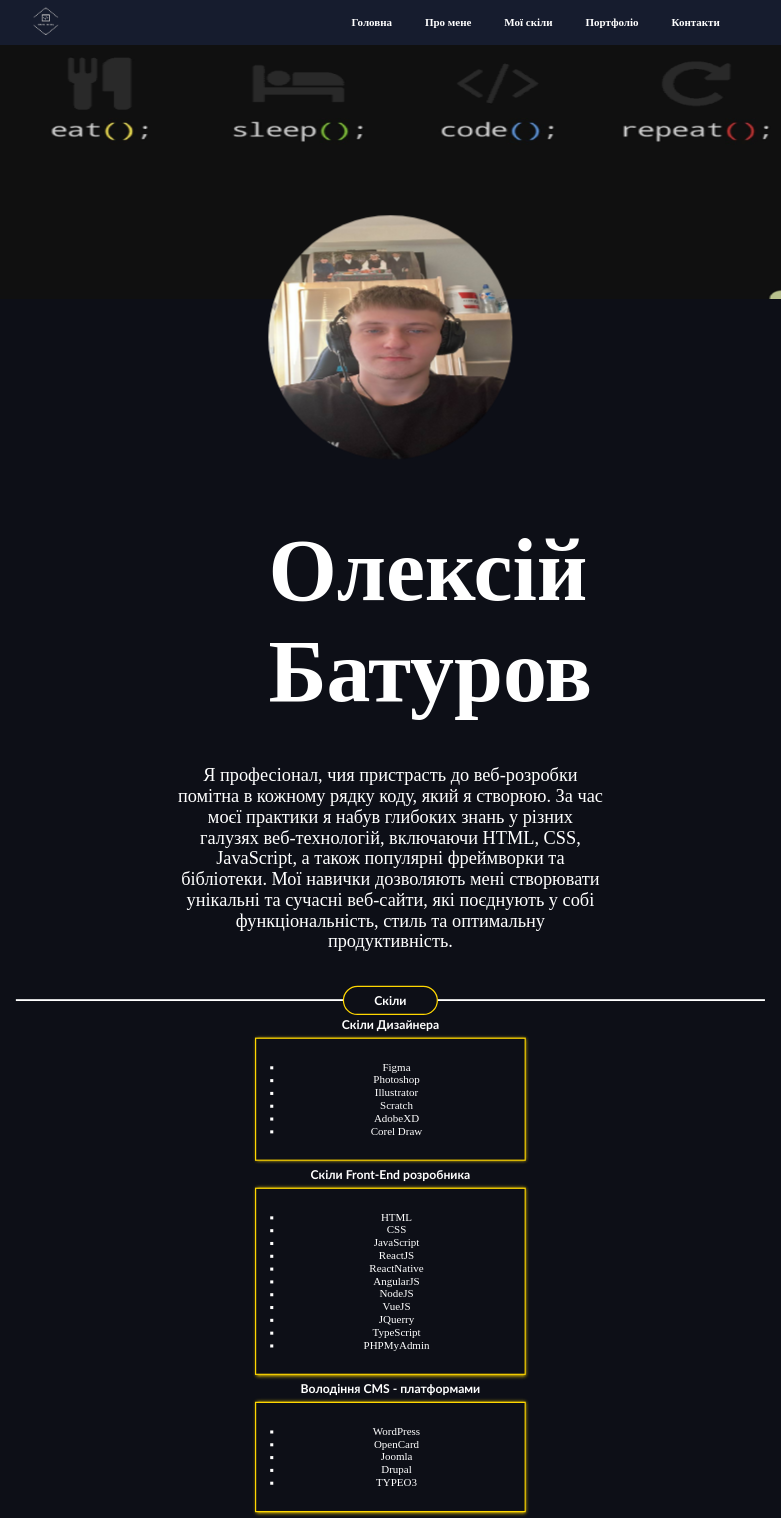
Repository: qtqqrdy13/cv-2
Page: index.html
These files come from the project's save history. The page is drawn as it stood at one moment and after the next save; the edit follows.
The browser window is 1280 px wide. The pictures show the whole page, at 61% of full size.

Above is the page before, as saved 2023-10-04 22:06:46.

### index.html
<!DOCTYPE html>
<html lang="en">
<head>
    <link rel="stylesheet" href="main.css">
    <meta charset="UTF-8">
    <meta name="viewport" content="width=device-width, initial-scale=1.0">
    <title>Батуров Олексій</title>
</head>
<body>
    <header>
        <div class="logo">
            <img src="../My-CV Леша/image/media/logo.png" alt="logo">
        </div>
        <nav>
            <ul>
                <li><a href="">Головна</a></li>
                <li><a href="">Про мене</a></li>
                <li><a href="">Мої скіли</a></li>
                <li><a href="">Портфоліо</a></li>
                <li><a href="">Контакти</a></li>
            </ul>
        </nav>
    </header>

    <div class="container-top">
        <div class="img-container">
          <img class="img-1" src="../cv 2/image/code.gif" alt="">
          <img class="img-2" src="../cv 2/image/photo_2023-09-09_18-51-06.jpg" alt="">
      </div>
      <div class="container-text">
        <div class="text-block">
            <h1>Олексій Батуров</h1>
        </div>
    </div>
    </div>
    <div class="description">
        <p>Я професіонал, чия пристрасть до веб-розробки
            помітна в кожному рядку коду, який я створюю.
            За час моєї практики я набув глибоких знань у
            різних галузях веб-технологій, включаючи HTML,
            CSS, JavaScript, а також популярні фреймворки
            та бібліотеки. Мої навички дозволяють мені
            створювати унікальні та сучасні веб-сайти,
            які поєднують у собі функціональність, стиль
            та оптимальну продуктивність.  </p>
    </div>

    <div id="about_us">
        <div class="announcement">
            <h2 class="title">
                Скіли
            </h2>
        </div>
    </div>
    <div class="container">
    <h2>Скіли Дизайнера</h2>
   <div class="block">

    <div class="content">
        <ul>
            <li>Figma</li>
            <li>Photoshop</li>
            <li>Illustrator</li>
            <li>Scratch</li>
            <li>AdobeXD</li>
            <li>Corel Draw</li>
        </ul>
    </div>
   </div>
   <h2>Скіли Front-End розробника</h2>
   <div class="block">

    <div class="content">
        <ul>
            <li>HTML</li>
            <li>CSS</li>
            <li>JavaScript</li>
            <li>ReactJS</li>
            <li>ReactNative</li>
            <li>AngularJS</li>
            <li>NodeJS</li>
            <li>VueJS</li>
            <li>JQuerry</li>
            <li>TypeScript</li>
            <li>PHPMyAdmin</li>
        </ul>
    </div>
   </div>
   <h2>Володіння CMS - платформами</h2>
   <div class="block">

    <div class="content">
        <ul>
            <li>WordPress</li>
            <li>OpenCard</li>
            <li>Joomla</li>
            <li>Drupal</li>
            <li>TYPEO3</li>
        </ul>
    </div>
   </div>
</div>
</body>
</html>

### main.css
body {
    background-color: #0d0f17;
    margin: 0;
    padding: 0;

}

header {
    background-color: #161C2E;
    color: white;
    padding: 10px 0px;
    position: fixed;
    top: 0;
    width: 100%;
    display: flex;
    justify-content: space-between;
    align-items: center;
    z-index: 1000;
}

.logo img {
    height: 50px;
    margin-left: 50px;
}

nav ul {
    list-style: none;
    margin-right: 50px;
}

nav li {
    display: inline;
    margin-right: 50px;
}

nav a {
    text-decoration: none;
    color: white;
    font-weight: bold;
    font-size: 18px;
}

nav a:hover {
    color: gold;
    font-size: 24px;
    box-shadow: 0 0 10px gold;


}

.container-top {
    display: flex;
    flex-direction: column;
    align-items: center;
    width: 100%;
    overflow: visible;
    position: relative;
}

.img-container {
    width: 100%;
    max-width: 100vw;
    position: relative;
    overflow:visible;
    order: 1;
}

.img-1 {
    width: 100%;
    height: 500px;
   position:relative;
    animation: slideUp 2s ease-in-out infinite alternate;
}

.img-2 {
    width: 400px;
    height: 400px;
    max-width: 100%;
    position: absolute;
    top: calc(60% + 10%);;
    left: 50%;
    transform: translateX(-50%);
    z-index: 2;
    border-radius: 50%;
}
@keyframes slideUp{
    0%{
        transform: translateY(0);
    }
    100%{
        transform: translateY(-20px);
    }
}
@media  screen and(max-width: 768px) {
    .container{
        padding: 2px;
    }
    .img-1, .img-2{
        height: auto;
    }
}

.container-text {
    display: flex;
    flex-direction: column;
    align-items: center;
    justify-content: center;
    height: 100vh;
    order: 2;
}

.text-block {
    width: 400px;
    height: 214px;
    font-size: 60px;
    text-align: center;
    color: white;
    animation: fadeIn 2s ease-in-out;
    margin: 0 auto;
}

.description {
    width: 700px;
    height: 256px;
    text-align: center;
    color: white;
    animation: slideIn 2s ease-in-out;
    margin: 0 auto;
    margin-bottom: 10%;
}

@keyframes fadeIn {
    0% {
        opacity: 0;
    }
    100% {
        opacity: 1;
    }
}

@keyframes slideIn {
    0% {
        transform: translateY(-20px);
        opacity: 0;
    }
    100% {
        transform: translateY(0);
        opacity: 1;
    }
}

/* Адаптация для маленьких экранов */
@media (max-width: 600px) {
    .text-block {
        font-size: 36px;
    }

    .description {
        font-size: 18px;
    }
}

/* Адаптация для планшетов */
@media (min-width: 601px) and (max-width: 1024px) {
    .text-block {
        font-size: 48px;
    }

    .description {
        font-size: 24px;
    }
}

/* Адаптация для больших экранов */
@media (min-width: 1025px) {
    .text-block {
        font-size: 72px;
    }

    .description {
        font-size: 30px;
    }
}

.announcement {
    height: 3px;
    background-color: white;
    display: flex;
    justify-content: center;
    align-items: center;
    margin: 2% 2%;
}

.title {
    animation-name: fade-in;
    animation-duration: 0.3s;
    text-align: center;
    text-decoration: none;
    color: white;
    border: 2px solid gold;
    background-color: #0d0f17;
    border-radius: 30px;
    padding: 10px 50px;
}

.title:hover {

    color: gold;
    font-size: 26px;
    box-shadow: 0 0 6px gold;
}

@keyframes fade-in {
    from {
        opacity: 0;
    }

    to {
        opacity: 1;
    }
}
.container{
    display: flex;
    flex-direction: column;
    align-items:center;


}
.block{
    border:2px solid gold;
    margin:10px;
    padding:20px;
    animation: fade-in  1s ease-in-out;
    width: 400px;
    height: 400px;
    flex:1;
    box-shadow: 1px 1px 6px gold;
    text-align: center;

}
.block:hover{
    box-shadow: 2px 2px 12px gold;
}
 h2{
    font-size: 20px;
    font-family:'Trebuchet MS', 'Lucida Sans Unicode', 'Lucida Grande', 'Lucida Sans', Arial, sans-serif;
    margin:0;
    color:white;
}
.content ul{
    list-style-type: square;
    padding-left:20px;
}
h2:hover{
    font-size:21px;
}
.content li{
    font-size:18px;
    color:white;


}
.content li:hover{
    font-size:19px;

}
@keyframes fade-in {
0%{
    opacity: 0;
}
100%{
    opacity: 1;
}
}
@media screen and (max-width:1024px){
    .block{
        padding: 10px;
        width: 250px;
        height: 250px;
    }
    .block h2{
        font-size:18px;
    }
    .content li{
        font-size: 16px;
    }
}
@media screen and (max-width:750px){
    .block{
        padding:10px;
        width: 200px;
        height: 200px;
    }
    .block h2{
        font-size:16px;
    }
    .content li{
        font-size: 14px;
    }

}

After the next save:
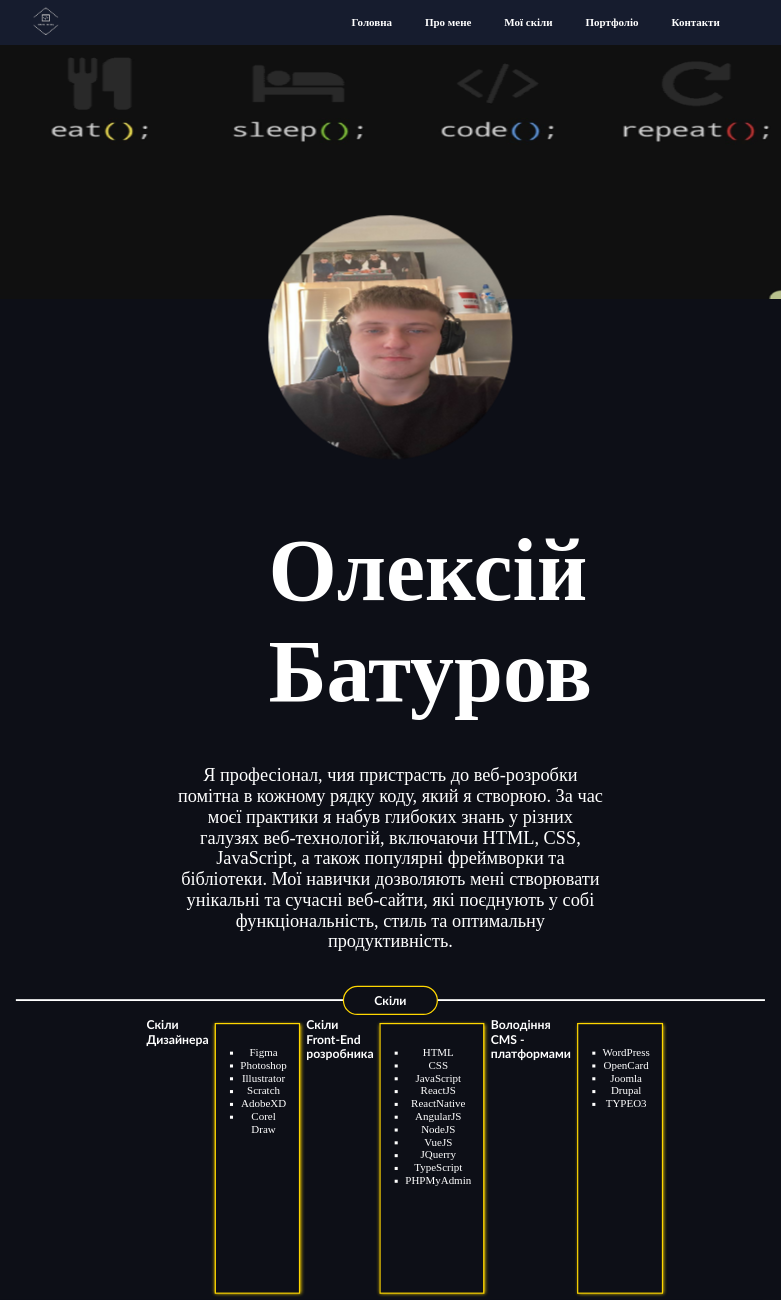
Saved 106 s later.
--- a/index.html
+++ b/index.html
@@ -53,6 +53,7 @@
         </div>
     </div>
     <div class="container">
+        <div class="row">
     <h2>Скіли Дизайнера</h2>
    <div class="block">
 
@@ -100,5 +101,6 @@
     </div>
    </div>
 </div>
+</div>
 </body>
 </html>
--- a/main.css
+++ b/main.css
@@ -226,6 +226,11 @@ nav a:hover {
 
 
 }
+.row{
+    display: flex;
+    justify-content: space-between;
+    width: 800px;
+}
 .block{
     border:2px solid gold;
     margin:10px;
